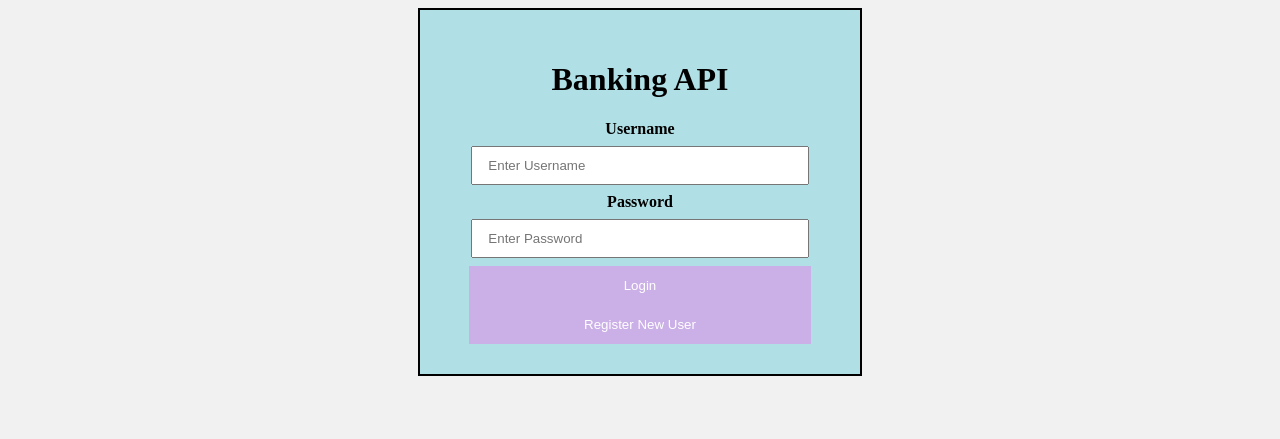
Repository: kennyufish/Revature_ROCP1_Project_Banking_API
Page: banking_api/src/main/webapp/index.html
An editor plug-in stored every save of this project. The page is shown before and after the next save, followed by the edit.
The browser window is 1280 px wide. The pictures show the whole page.

Above is the page before, as saved 2020-10-10 04:47:55.

### banking_api/src/main/webapp/index.html
<!DOCTYPE html>
<html>
<head>
<meta charset="ISO-8859-1">
<title>Banking API Login</title>
<style>
.topNoticeGreen {
	color: black;
	background-color: green;
	width: 100%;
	padding: 20px;
	text-align: center;
}

.loginLayout {
	background-color: powderblue;
	border: 2px solid black;
	padding: 30px;
	width: 30%;
	margin: 0 auto;
}
input[type=text],input[type=password]{
	width:80%;
	padding:10px 15px;
	margin:8px 0;
	display:inline-block;
	boxing-sizing:border-box;
}

button{
	background-color:#CBAFE7;
	color:white;
	padding: 12px 10px;
	marigin:10px;
	border:none;
	cursor:pointer;
	width:90%;
}

.loginHeader{
	background-color:#CBAFE7;
	color:white;
	padding: 12px 10px;
	marigin:10px;
	border:none;
	cursor:pointer;
	width:90%;
}
</style>
</head>
<body style="background-color: #f1f1f1">
	<div align="center" class="loginLayout">
		<h1>Banking API</h1>
		<form action="loginUser" method='post'>
			<label for="username"><b>Username</b></label>
			<input type="text" name="username" placeholder="Enter Username" required>
			<label for="password"><b>Password</b></label>
			<input type="password" name="password" placeholder="Enter Password" required>
		 <button type="submit">Login</button>
		</form>

		<form action="registerNewUser">
			<button>Register New User</button>
		</form>
	</div>
</body>
</html>

After the next save:
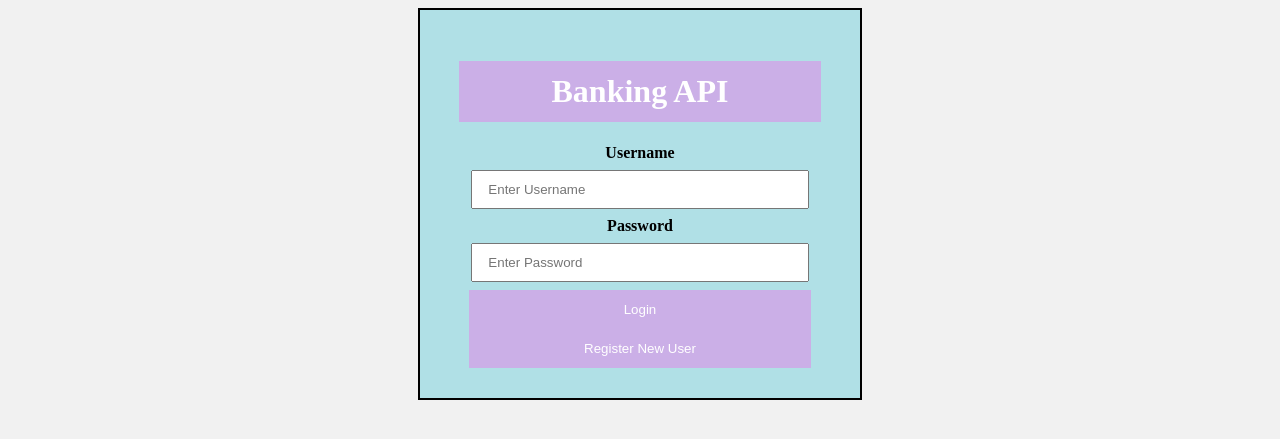
Saved 12 s later.
--- a/banking_api/src/main/webapp/index.html
+++ b/banking_api/src/main/webapp/index.html
@@ -50,7 +50,7 @@ button{
 </head>
 <body style="background-color: #f1f1f1">
 	<div align="center" class="loginLayout">
-		<h1>Banking API</h1>
+		<h1 class="loginHeader">Banking API</h1>
 		<form action="loginUser" method='post'>
 			<label for="username"><b>Username</b></label>
 			<input type="text" name="username" placeholder="Enter Username" required>
